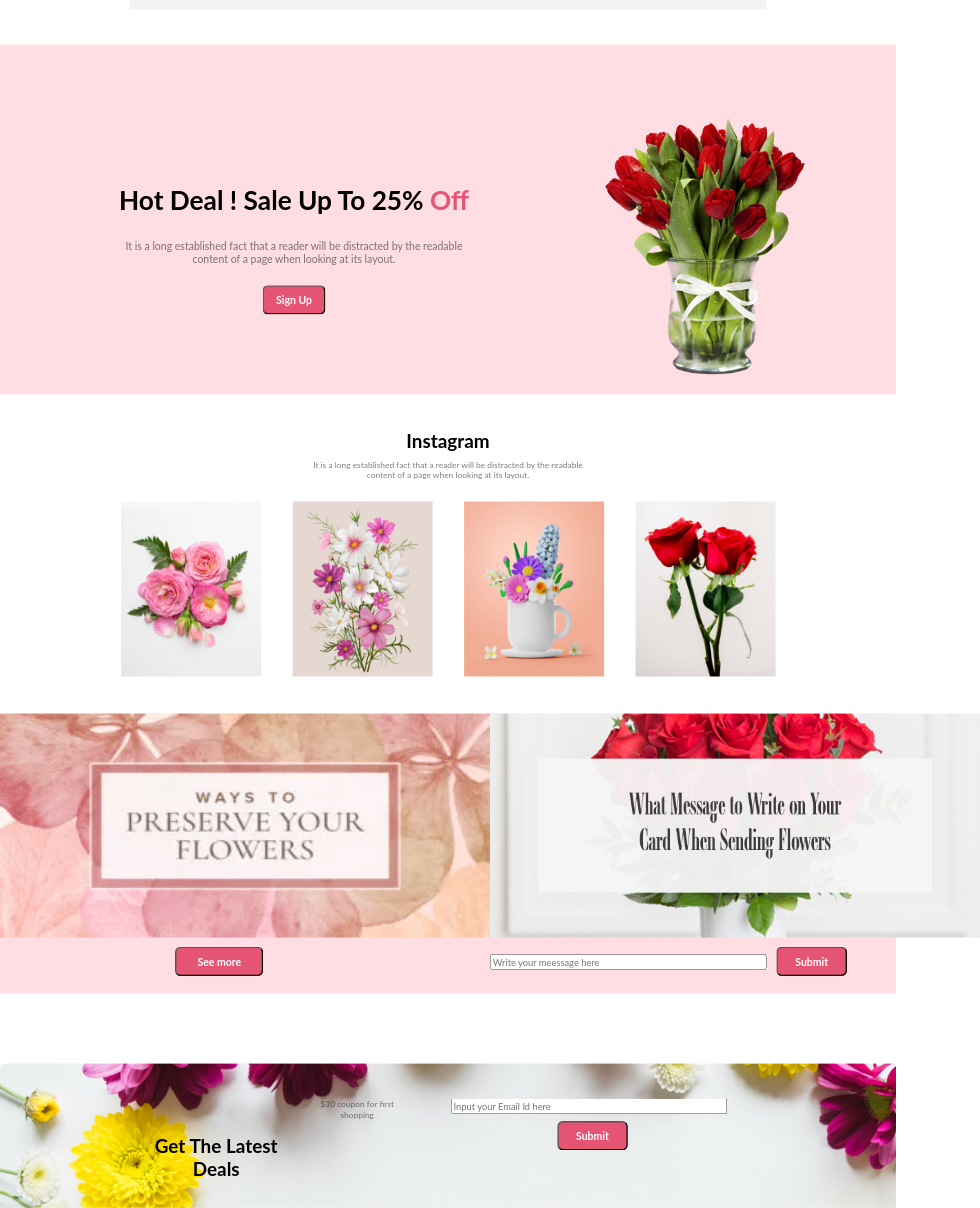
Repository: sadiaafsana138/Flower-Shop_Responsive
Page: index.html
The author's editor kept a copy of each file at every save. The page is drawn from the files as they stood at one save, then again after the next save.
The browser window is 1280 px wide. The page is 1400 px wide, so the pictures cover 1400 px, including what lies to the right of the window. The pictures show the part of the page from y = 1278 to 3038 px (the page is 3004 px tall before and 3038 px after), at 70% of full size.

Above is the page before, as saved 2023-08-30 06:56:28.

After the next save:
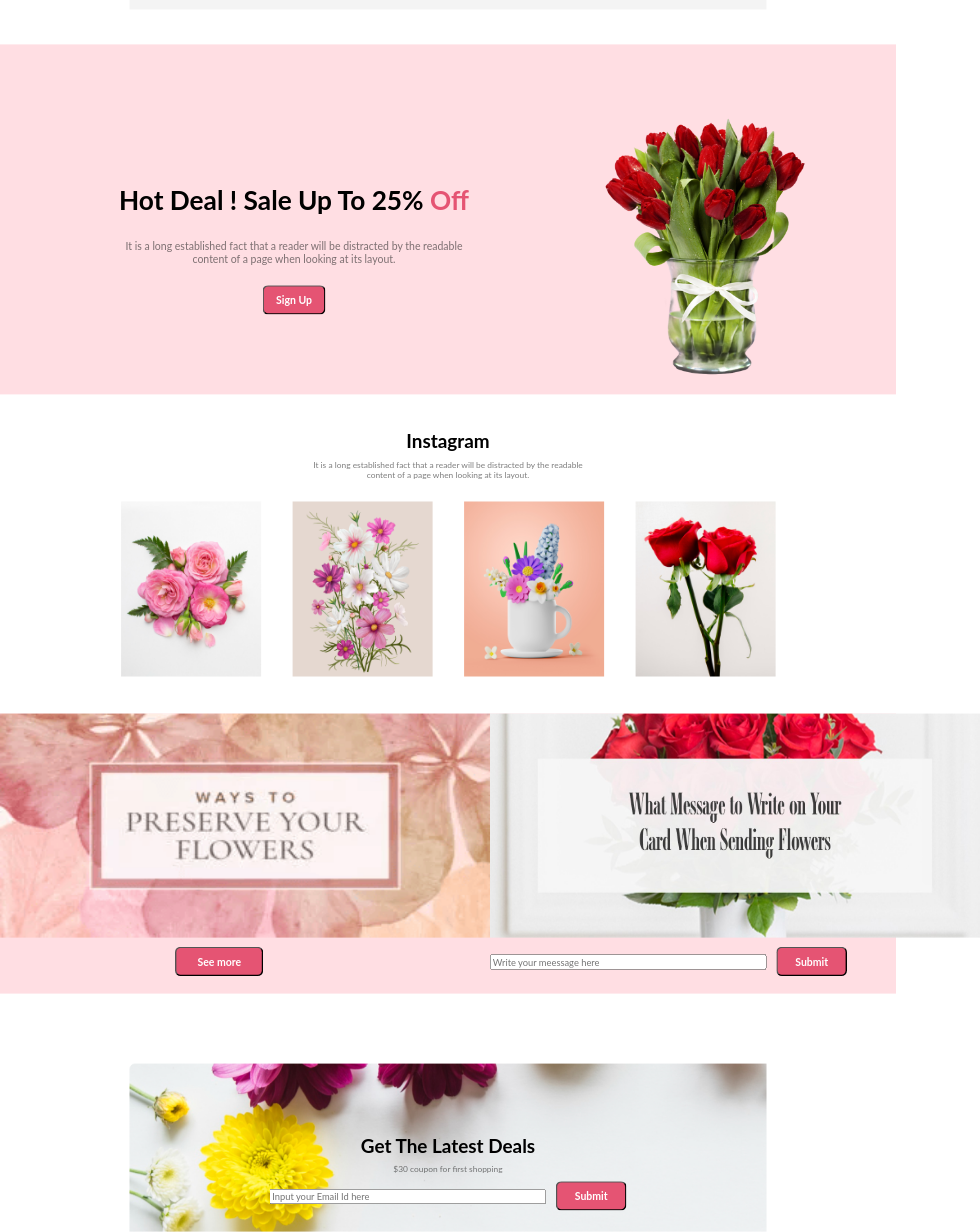
Saved 32 s later.
--- a/Flower.css
+++ b/Flower.css
@@ -141,11 +141,11 @@
 /*section 7*/
 .Section7{
     background-image: url(Images/13.png);
+    margin: 100px 185px 0px;
 }
 .Sec6{
     margin: 100px 185px 0px;
     padding: 50px 0px 30px;
     justify-content: space-around;
-    display: flex;
     text-align: center;
 }
